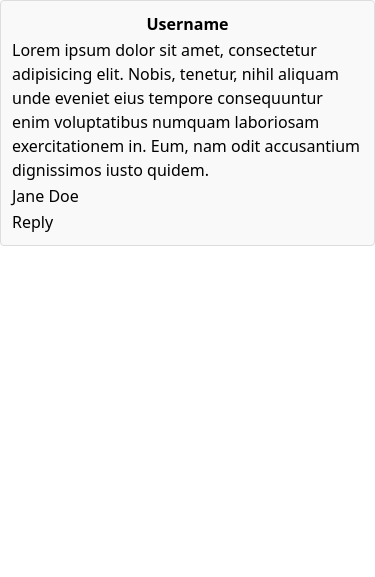
Repository: Yahya9102/Java22-ux22-Sideproject-main
Page: /
These files come from the project's save history. The page is drawn as it stood at one moment and after a run of saves; the edit follows.
The browser window is 375 px wide. The pictures show the whole page.
The project was rebuilt for these pictures with package versions that can differ from the ones it lists, and the page was loaded fresh each time. The framework's server and built-in components were replaced by stand-ins that run in the browser. Also part of the build but not shown: next.config.js.

Above is the page before, as saved 2023-04-13 10:09:57.

After the next 2 saves:
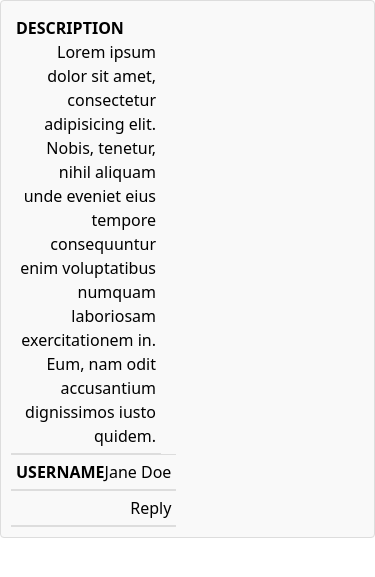
The 2 saves are shown as one change because they came seconds apart.
The last was saved 64 s later.
--- a/p-components/styles/body.module.css
+++ b/p-components/styles/body.module.css
@@ -5,3 +5,45 @@
   border-radius: 4px;
   padding: 10px;
 }
+
+/* Reduce the font size of the table headers for mobile */
+@media screen and (max-width: 480px) {
+  .table-header {
+    font-size: 16px;
+  }
+}
+
+/* Make the table responsive for mobile */
+@media screen and (max-width: 480px) {
+  /* Hide the table headers */
+  thead {
+    display: none;
+  }
+
+  /* Display the table rows as columns */
+  tr {
+    display: block;
+    border-bottom: 1px solid #ddd;
+  }
+
+  /* Display the table cells as block elements */
+  td {
+    display: block;
+    text-align: right;
+    border-bottom: 1px solid #ddd;
+    padding: 5px;
+  }
+
+  /* Set a fixed width for the table cells with the data-label attribute */
+  td[data-label="Description"] {
+    width: 150px;
+  }
+
+  /* Add a pseudo-element to display the table header as a label for mobile */
+  td:before {
+    content: attr(data-label);
+    float: left;
+    font-weight: bold;
+    text-transform: uppercase;
+  }
+}
